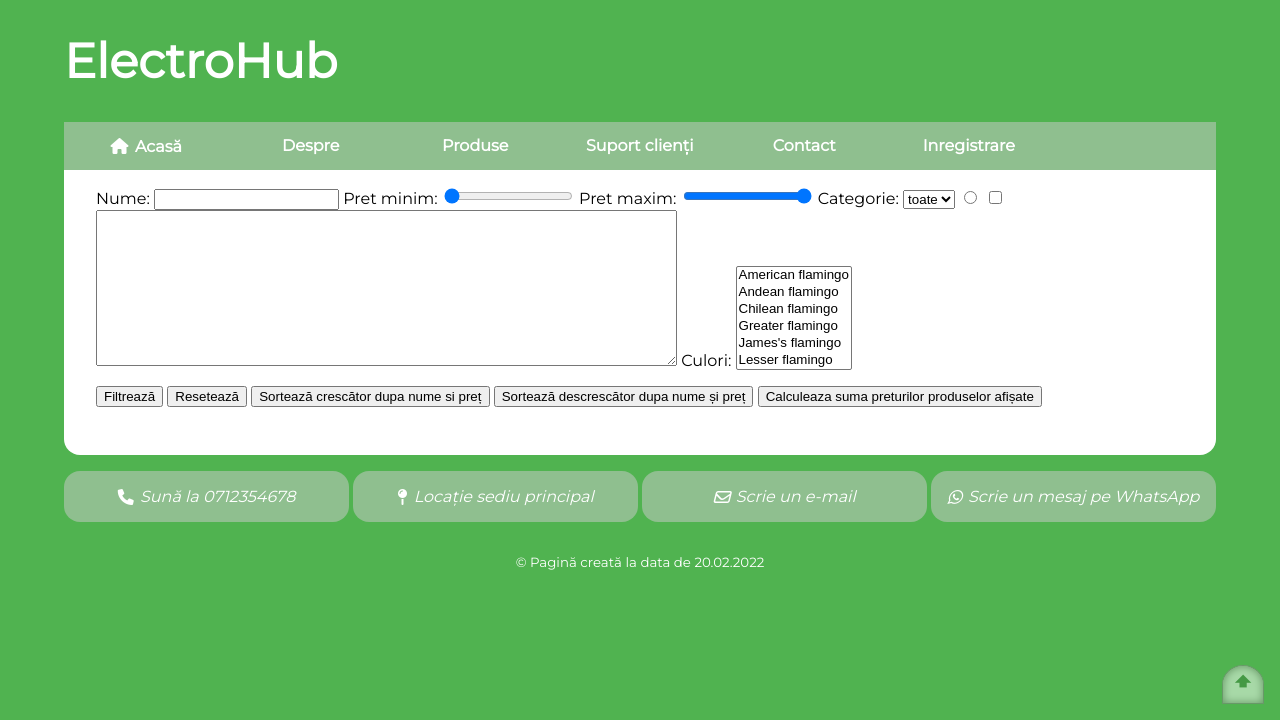
Repository: alexbanilean/Proiect-TW---ElectroHub
Page: http://localhost/produse
The author's editor kept a copy of each file at every save. The page is drawn from the files as they stood at one save, then again after the next save.
The browser window is 1280 px wide. The pictures show the whole page.
The page is served by the project's Node server (index.js). Queries for data that is not in the repository find no rows.

Above is the page before, as saved 2022-05-09 20:26:31.
Console error: TypeError: Cannot set properties of null (setting 'onclick')

After the next save:
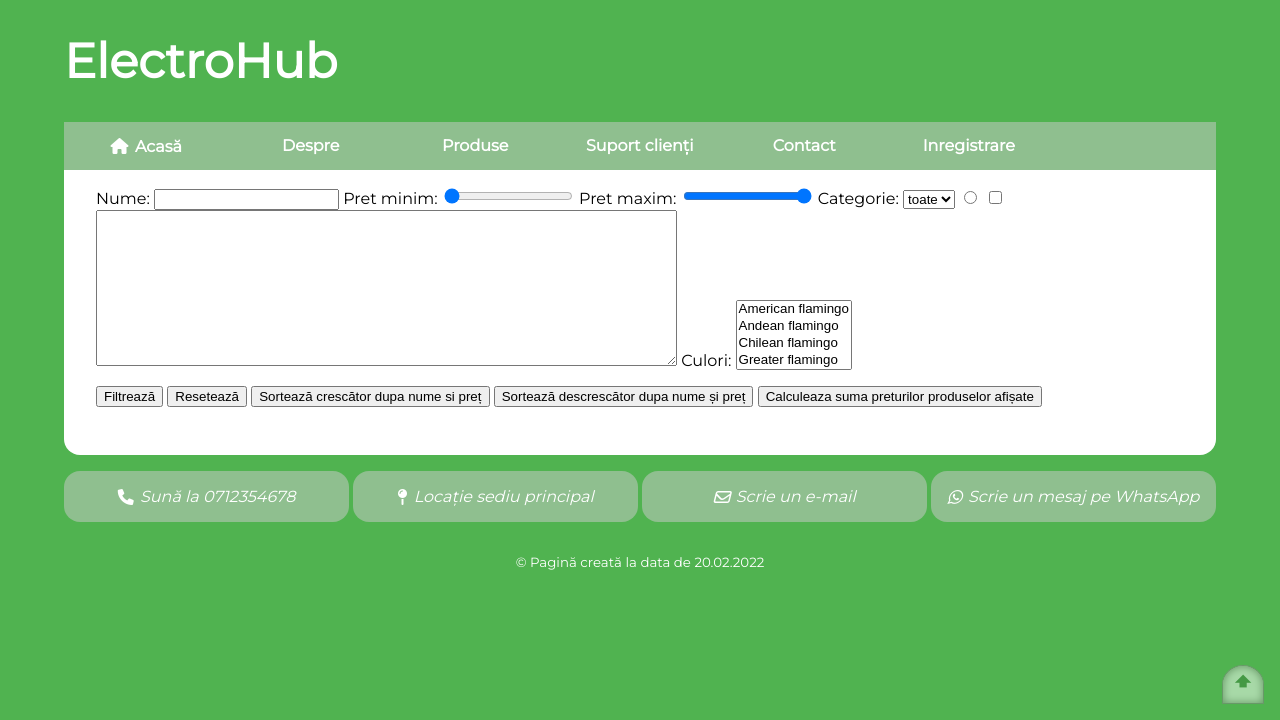
Saved 40 s later.
--- a/views/pagini/produse.ejs
+++ b/views/pagini/produse.ejs
@@ -64,7 +64,7 @@
             </label>
 
             <label>Culori:
-                <select multiple size="6">
+                <select multiple>
                     <option value="American">American flamingo</option>
                     <option value="Andean">Andean flamingo</option>
                     <option value="Chilean">Chilean flamingo</option>
